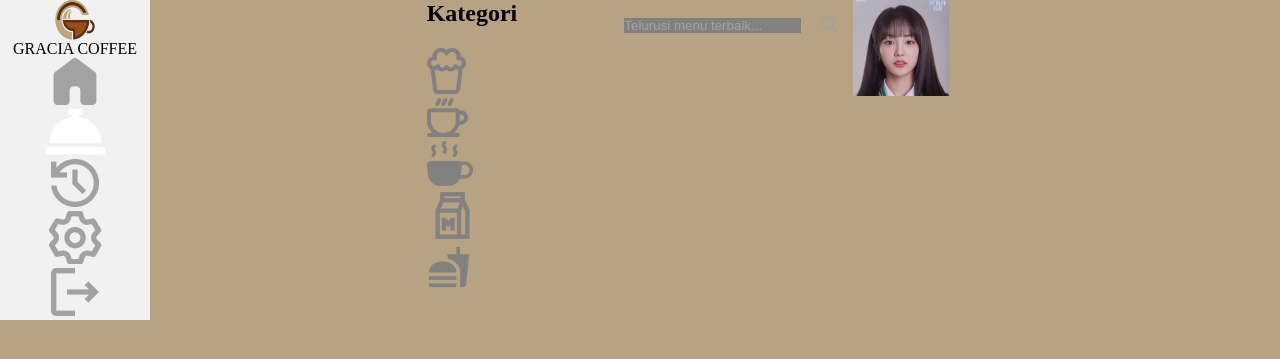
Repository: DanielChuaaa/sbd2
Page: index.html
The author's editor kept a copy of each file at every save. The page is drawn from the files as they stood at one save, then again after the next save.
The browser window is 1280 px wide. The pictures show the whole page.
Some web libraries are served in a nearby version.

Above is the page before, as saved 2023-10-20 10:31:54.

After the next save:
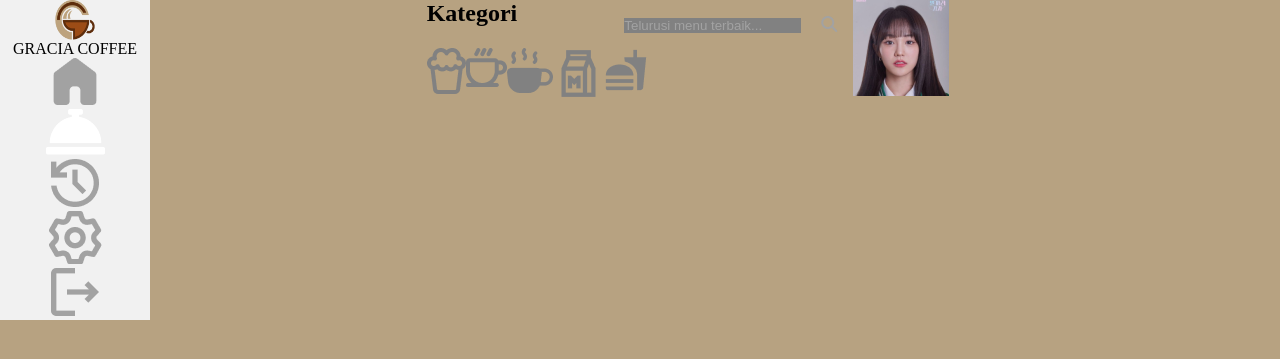
Saved 54 s later.
--- a/style.css
+++ b/style.css
@@ -63,6 +63,6 @@ body{
     color: var(--clr-neutral-200);
 }
 
-.iconMenu{
+.menu{
     display: flex;
 }
